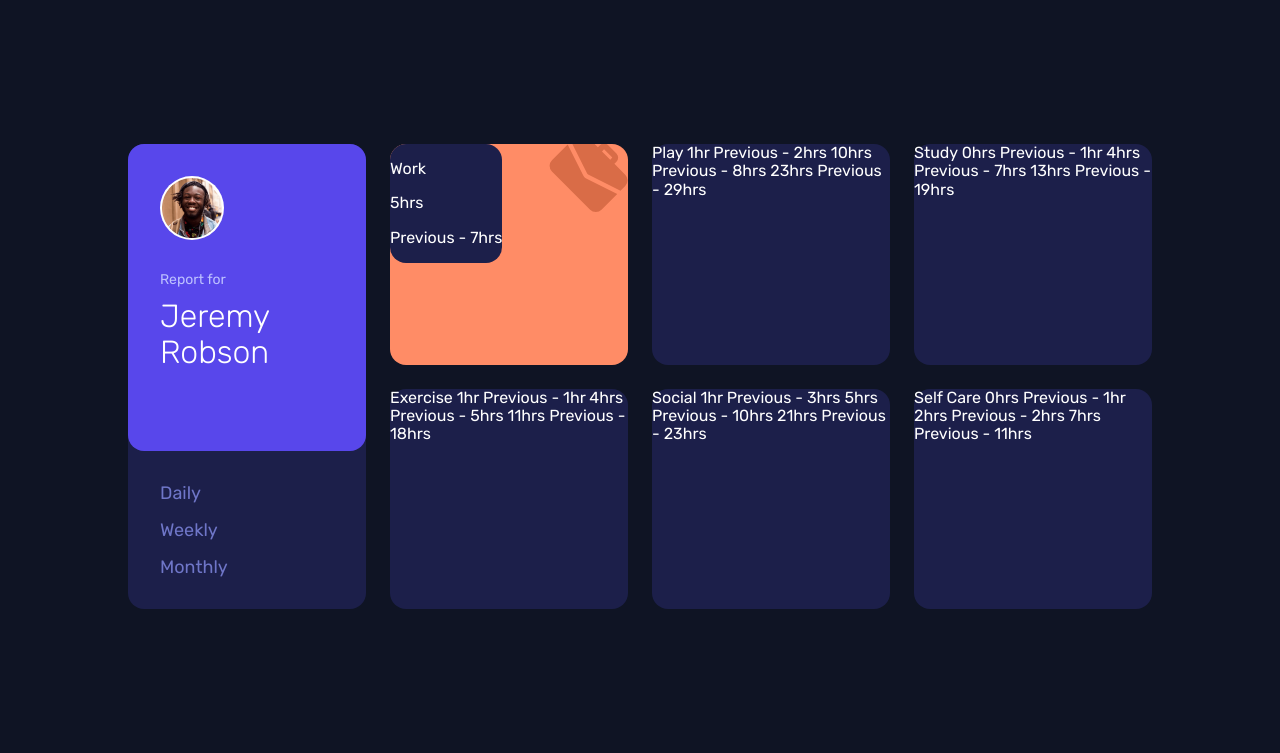
Repository: Jay-JYKim91/FM_time-tracking-dashboard
Page: index.html
These files come from the project's save history. The page is drawn as it stood at one moment and after the next save; the edit follows.
The browser window is 1280 px wide. The pictures show the whole page.

Above is the page before, as saved 2021-12-16 11:21:05.

### index.html
<!DOCTYPE html>
<html lang="en">
<head>
  <meta charset="UTF-8">
  <meta name="viewport" content="width=device-width, initial-scale=1.0"> <!-- displays site properly based on user's device -->

  <link rel="icon" type="image/png" sizes="32x32" href="./images/favicon-32x32.png">

  <title>Time tracking dashboard</title>
  <link rel="stylesheet" href="https://cdnjs.cloudflare.com/ajax/libs/normalize/8.0.1/normalize.min.css" integrity="sha512-NhSC1YmyruXifcj/KFRWoC561YpHpc5Jtzgvbuzx5VozKpWvQ+4nXhPdFgmx8xqexRcpAglTj9sIBWINXa8x5w==" crossorigin="anonymous" referrerpolicy="no-referrer" />
  <link rel="preconnect" href="https://fonts.googleapis.com">
  <link rel="preconnect" href="https://fonts.gstatic.com" crossorigin>
  <link href="https://fonts.googleapis.com/css2?family=Rubik:wght@300;400;500&display=swap" rel="stylesheet">
  <link rel="stylesheet" href="style.css">
  <script src="main.js" defer></script>
</head>
<body>
  <section class="container">
    <article class="card profile-card">
        <div class="profile-card--name">
          <div class="profile-img-box">
            <img src="./images/image-jeremy.png" alt="jeremy" class="profile-img">
          </div>
          <p>Report for</p>
          <p class="name">Jeremy Robson</p>
        </div>
        <ul>
          <li><a href="">Daily</a></li>
          <li><a href="">Weekly</a></li>
          <li><a href="">Monthly</a></li>
        </ul>
    </article>
    <article class="card feature-card work-bg">
      <div class="card feature-card--text">
        <p>Work</p>
        <p>5hrs</p>
        <p>Previous - 7hrs</p>
      </div>

   <!-- daily -->
   <!-- daily -->
  <!-- 32hrs  -->
  <!-- weekly -->
  <!-- Previous - 36hrs  -->
  <!-- weekly -->
  <!-- 103hrs  -->
  <!-- monthly -->
  <!-- Previous - 128hrs  -->
  <!-- monthly -->

    </article>
    <article class="card">
      Play
  1hr <!-- daily -->
  Previous - 2hrs <!-- daily -->
  10hrs <!-- weekly -->
  Previous - 8hrs <!-- weekly -->
  23hrs <!-- monthly -->
  Previous - 29hrs <!-- monthly -->


    </article>
    <article class="card">
      Study
  0hrs <!-- daily -->
  Previous - 1hr <!-- daily -->
  4hrs <!-- weekly -->
  Previous - 7hrs <!-- weekly -->
  13hrs <!-- monthly -->
  Previous - 19hrs <!-- monthly -->


    </article>
    <article class="card">
      Exercise
  1hr <!-- daily -->
  Previous - 1hr <!-- daily -->
  4hrs <!-- weekly -->
  Previous - 5hrs <!-- weekly -->
  11hrs <!-- monthly -->
  Previous - 18hrs <!-- monthly -->


    </article>
    <article class="card">
      Social
  1hr <!-- daily -->
  Previous - 3hrs <!-- daily -->
  5hrs <!-- weekly -->
  Previous - 10hrs <!-- weekly -->
  21hrs <!-- monthly -->
  Previous - 23hrs <!-- monthly -->


    </article>
    <article class="card">
      Self Care
  0hrs <!-- daily -->
  Previous - 1hr <!-- daily -->
  2hrs <!-- weekly -->
  Previous - 2hrs <!-- weekly -->
  7hrs <!-- monthly -->
  Previous - 11hrs <!-- monthly -->
    </article>
  </section>








  <!-- <div class="attribution">
    Challenge by <a href="https://www.frontendmentor.io?ref=challenge" target="_blank">Frontend Mentor</a>.
    Coded by <a href="#">Your Name Here</a>.
  </div> -->
</body>
</html>

### style.css
:root {
  --body-font: "Rubik", sans-serif;

  --blue: hsl(246, 80%, 60%);
  --light-red-work: hsl(15, 100%, 70%);
  --soft-blue-play: hsl(195, 74%, 62%);
  --light-red-study: hsl(348, 100%, 68%);
  --lime-green-exercise: hsl(145, 58%, 55%);
  --violet-social: hsl(264, 64%, 52%);
  --soft-orange: hsl(43, 84%, 65%);
  --very-dark-blue: hsl(226, 43%, 10%);
  --dark-blue: hsl(235, 46%, 20%);
  --desaturated-blue: hsl(235, 45%, 61%);
  --pale-blue: hsl(236, 100%, 87%);
}
body {
  background-color: var(--very-dark-blue);
  color: white;
  font-family: var(--body-font);
}
a {
  text-decoration: none;
  color: white;
}
.container {
  width: 80vw;
  margin: 20vh auto;
  display: grid;
  grid-template-columns: repeat(4, 1fr);
  gap: 1.5em;
}
.card {
  border-radius: 1em;
  background-color: var(--dark-blue);
}
.profile-card {
  grid-row: 1 / 3;
}
.profile-card ul {
  list-style: none;
  padding-left: 2em;
  margin: 2em 0;
}
.profile-card--name {
  background-color: var(--blue);
  padding: 2em;
  border-radius: 1em;
}
.profile-card--name p {
  color: var(--pale-blue);
  margin: 0;
  font-size: 14px;
}
.profile-card--name .name {
  color: white;
  font-size: 2rem;
  font-weight: 300;
  margin: 0.3em 0 1.5em 0;
}
.profile-img-box {
  width: 64px;
  height: 64px;
  border-radius: 50%;
  background-color: white;
  margin-bottom: 2em;
}
.profile-img {
  width: 60px;
  margin: 2px;
}
.profile-card li {
  margin-bottom: 1em;
}
.profile-card li a {
  font-size: 18px;
  color: var(--desaturated-blue);
}
.feature-card {
  position: relative;
}
.feature-card--text {
  position: absolute;
}

.work-bg {
  background-image: url("./images/icon-work.svg");
  background-color: var(--light-red-work);
  background-repeat: no-repeat;
  background-position: top right;
  background-position-y: -10px;
}
@media (min-width: 768px) and (max-width: 1023px) {
}

@media (max-width: 767px) {
}

Loaded but not shown: main.js (empty)

After the next save:
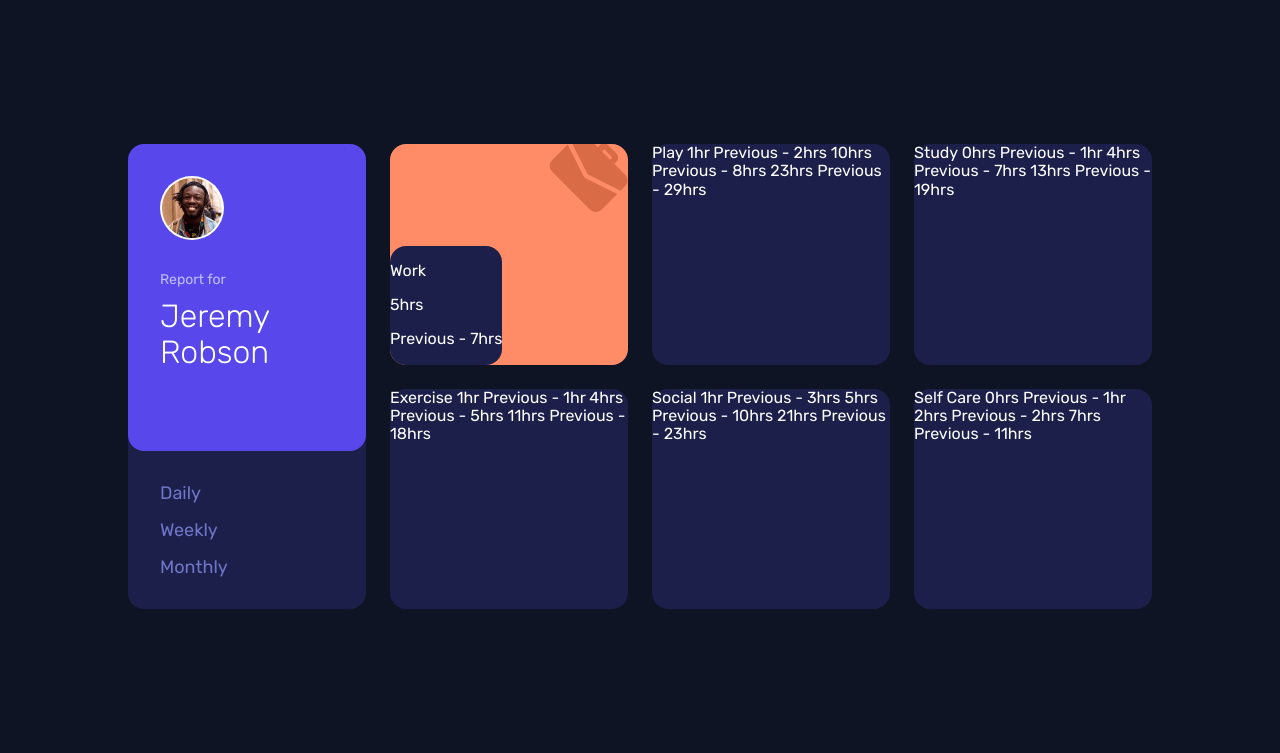
Saved 5 s later.
--- a/style.css
+++ b/style.css
@@ -80,6 +80,7 @@ a {
 }
 .feature-card--text {
   position: absolute;
+  bottom: 0;
 }
 
 .work-bg {
